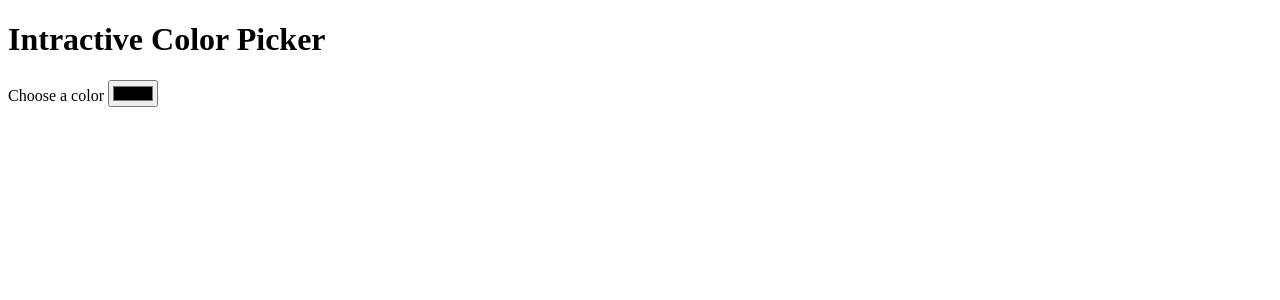
Repository: jamalissef-glitch/exercise1-JS
Page: Exeercise37/index.html
The author's editor kept a copy of each file at every save. The page is drawn from the files as they stood at one save, then again after the next save.
The browser window is 1280 px wide. The pictures show the whole page.

Above is the page before, as saved 2026-07-15 17:09:48.

### Exeercise37/index.html
<!DOCTYPE html>
<html lang="en">

<head>
 <meta charset="UTF-8">
 <meta name="viewport" content="width=device-width, initial-scale=1.0">
 <title>Exercise Color Picker</title>
</head>

<body>
 <h1>Intractive Color Picker</h1>
 <label for="colorPicker">Choose a color</label>
 <input type="color" id="colorPicker">

 <script src="./main.js"></script>
</body>

</html>

Loaded but not shown: Exeercise37/main.js (no stored copy; drawn as an empty file)

After the next save:
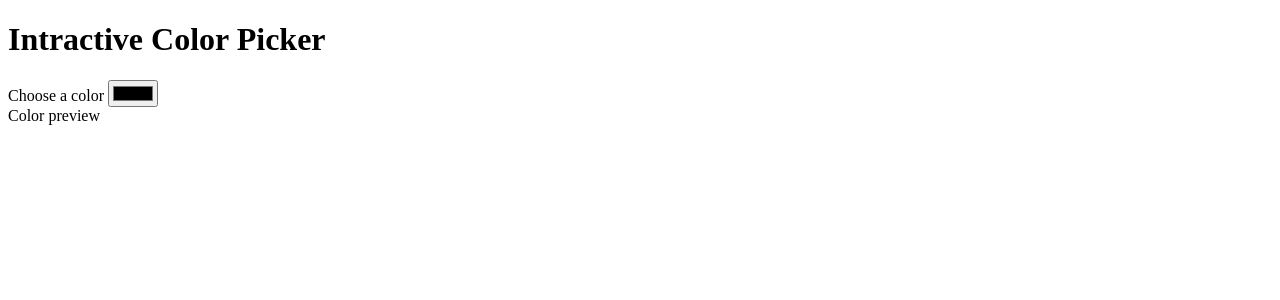
Saved 38 s later.
--- a/Exeercise37/index.html
+++ b/Exeercise37/index.html
@@ -11,6 +11,7 @@
  <h1>Intractive Color Picker</h1>
  <label for="colorPicker">Choose a color</label>
  <input type="color" id="colorPicker">
+ <div id="colorPreview">Color preview</div>
 
  <script src="./main.js"></script>
 </body>
